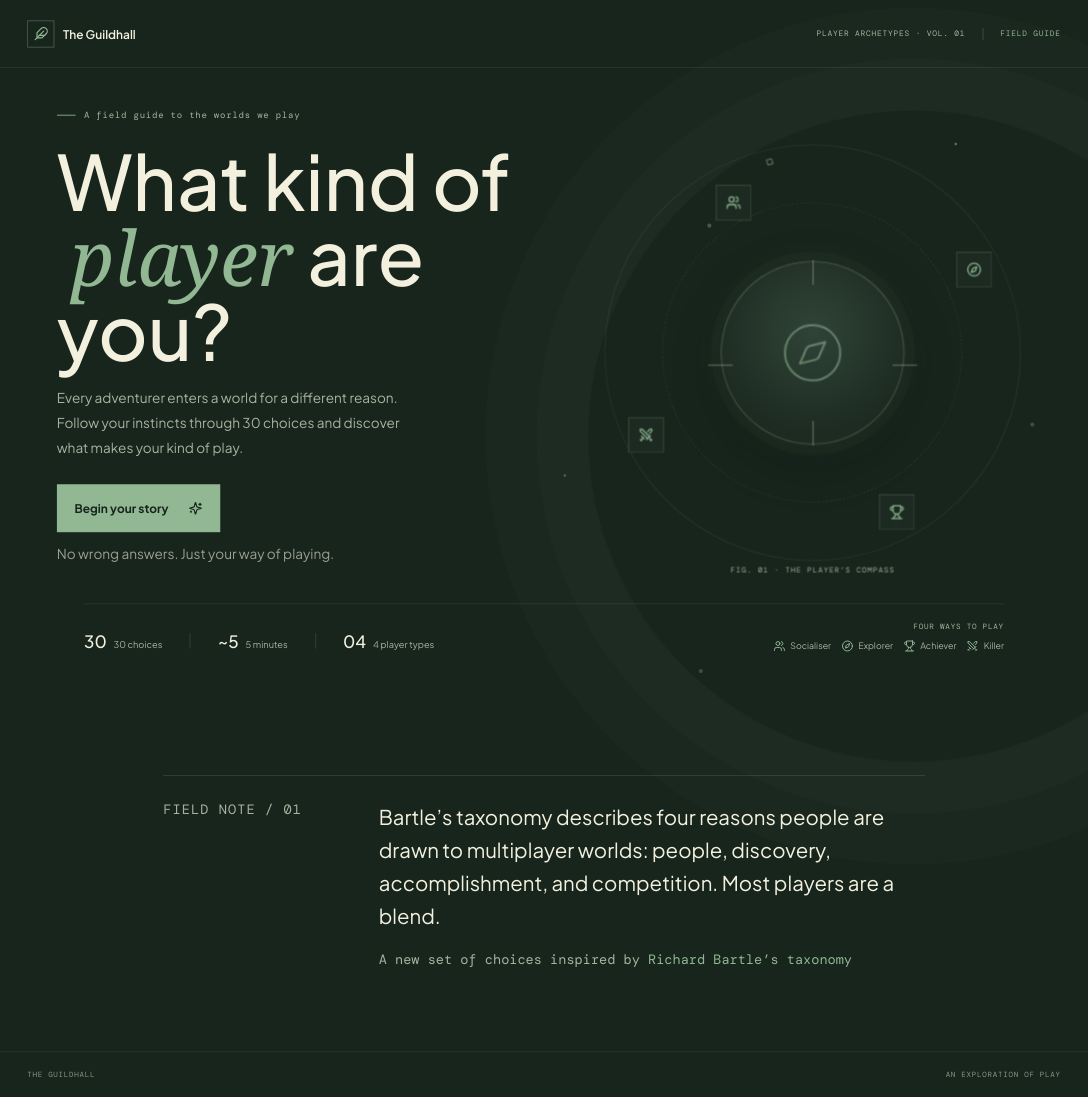
Repository: tiagoturra/bartle
Page: /
An editor plug-in stored every save of this project. The page is shown before and after the next save, followed by the edit.
The browser window is 1280 px wide. The pictures show the whole page, at 85% of full size.
The project was rebuilt for these pictures with package versions that can differ from the ones it lists, and the page was loaded fresh each time. Also part of the build but not shown: vite.config.ts, src/modules/bartle/components/QuestionCard.module.scss, src/modules/bartle/components/QuestionCard.tsx, src/modules/bartle/components/ResultsPanel.module.scss, src/modules/bartle/components/ResultsPanel.tsx.

Above is the page before, as saved 2026-10-30 22:20:32.

### index.html
<!doctype html>
<html lang="en">
  <head>
    <meta charset="UTF-8" />
    <meta name="viewport" content="width=device-width, initial-scale=1.0" />
    <meta name="theme-color" content="#17251d" />
    <meta
      name="description"
      content="Discover your player type in an atmospheric, story-led Bartle test."
    />
    <link rel="preconnect" href="https://fonts.googleapis.com" />
    <link rel="preconnect" href="https://fonts.gstatic.com" crossorigin />
    <link
      href="https://fonts.googleapis.com/css2?family=DM+Mono:wght@400;500&family=Plus+Jakarta+Sans:wght@400;500;600;700;800&display=swap"
      rel="stylesheet"
    />
    <title>The Guildhall — Bartle Player Type Test</title>
  </head>
  <body>
    <div id="root"></div>
    <script type="module" src="/src/main.tsx"></script>
  </body>
</html>

### src/main.tsx
import './i18n'
import { StrictMode } from 'react'
import { createRoot } from 'react-dom/client'
import { AppRoutes } from './routes'
import './index.css'

const rootElement = document.getElementById('root')

if (!rootElement) {
  throw new Error('The application root element was not found.')
}

createRoot(rootElement).render(
  <StrictMode>
    <AppRoutes />
  </StrictMode>,
)

### src/i18n/index.ts
import i18n from 'i18next'
import { initReactI18next } from 'react-i18next'
import enCommon from './locales/en-US/common.json'
import enBartle from './locales/en-US/bartle.json'
import enQuestions from './locales/en-US/questions.json'
import ptCommon from './locales/pt-BR/common.json'
import ptBartle from './locales/pt-BR/bartle.json'
import ptQuestions from './locales/pt-BR/questions.json'
import frCommon from './locales/fr-FR/common.json'
import frBartle from './locales/fr-FR/bartle.json'
import frQuestions from './locales/fr-FR/questions.json'
import deCommon from './locales/de-DE/common.json'
import deBartle from './locales/de-DE/bartle.json'
import deQuestions from './locales/de-DE/questions.json'

void i18n.use(initReactI18next).init({
  lng: 'en-US',
  fallbackLng: 'en-US',
  defaultNS: 'common',
  resources: {
    'en-US': {
      common: enCommon,
      bartle: enBartle,
      questions: enQuestions,
    },
    'pt-BR': {
      common: ptCommon,
      bartle: ptBartle,
      questions: ptQuestions,
    },
    'fr-FR': {
      common: frCommon,
      bartle: frBartle,
      questions: frQuestions,
    },
    'de-DE': {
      common: deCommon,
      bartle: deBartle,
      questions: deQuestions,
    },
  },
  interpolation: {
    escapeValue: false,
  },
})

i18n.on('languageChanged', (language) => {
  if (typeof document !== 'undefined') {
    document.documentElement.lang = language
  }
})

export default i18n

### src/routes/index.tsx
import { BrowserRouter, Navigate, Route, Routes } from 'react-router-dom'
import { BartlePage } from '../modules/bartle/pages/BartlePage'

export function AppRoutes() {
  return (
    <BrowserRouter>
      <Routes>
        <Route path="/" element={<BartlePage />} />
        <Route path="*" element={<Navigate to="/" replace />} />
      </Routes>
    </BrowserRouter>
  )
}

### src/index.css
@import "tailwindcss";

@theme {
  --color-forest: #17251d;
  --color-panel: #202f25;
  --color-cream: #f3f0de;
  --color-muted: #a9b29f;
  --color-accent: #91b793;
  --font-sans: "Plus Jakarta Sans", sans-serif;
  --font-mono: "DM Mono", monospace;
}

@layer base {
  :root {
    font-synthesis: none;
    text-rendering: optimizeLegibility;
    -webkit-font-smoothing: antialiased;
    -moz-osx-font-smoothing: grayscale;
    font-optical-sizing: auto;
  }

  html {
    min-width: 320px;
    scroll-behavior: smooth;
  }

  body {
    min-width: 320px;
    min-height: 100vh;
    margin: 0;
  }

  button,
  a {
    -webkit-tap-highlight-color: transparent;
  }

  ::selection {
    background: rgb(145 183 147 / 35%);
    color: #f3f0de;
  }
}

@media (prefers-reduced-motion: reduce) {
  *,
  *::before,
  *::after {
    scroll-behavior: auto !important;
    animation-duration: 0.01ms !important;
    animation-iteration-count: 1 !important;
    transition-duration: 0.01ms !important;
  }
}

### src/modules/bartle/pages/BartlePage.tsx
import { Compass, Feather, Sparkles, Swords, Trophy, Users } from 'lucide-react'
import { useEffect, useState } from 'react'
import { useTranslation } from 'react-i18next'
import {
  readSessionStorage,
  removeSessionStorage,
  writeSessionStorage,
} from '../../../core/browser/sessionStorage'
import { QuestionCard } from '../components/QuestionCard'
import { ResultsPanel } from '../components/ResultsPanel'
import testConfigJson from '../data/test.config.json'
import { calculateScores } from '../scoring'
import type { BartleTestConfig, PlayerTypeScore } from '../types'
import styles from './BartlePage.module.scss'

type TestPhase = 'intro' | 'test' | 'results'

const testConfig = testConfigJson as BartleTestConfig
const progressStorageKey = 'guildhall-bartle-progress'
const progressVersion = 1
const iconByType = {
  socialiser: Users,
  explorer: Compass,
  achiever: Trophy,
  killer: Swords,
}

interface SavedProgress {
  version: typeof progressVersion
  phase: 'test' | 'results'
  currentIndex: number
  answers: Record<string, string>
  advanceOnSelection: boolean
}

interface RestoredProgress {
  phase: TestPhase
  currentIndex: number
  answers: Record<string, string>
  advanceOnSelection: boolean
  scores: PlayerTypeScore[] | null
  storageError: boolean
}

function isValidSavedProgress(value: unknown): value is SavedProgress {
  if (!value || typeof value !== 'object') return false

  const progress = value as Partial<SavedProgress>
  if (
    progress.version !== progressVersion ||
    (progress.phase !== 'test' && progress.phase !== 'results') ||
    !Number.isInteger(progress.currentIndex) ||
    (progress.currentIndex ?? -1) < 0 ||
    (progress.currentIndex ?? testConfig.questions.length) >= testConfig.questions.length ||
    typeof progress.advanceOnSelection !== 'boolean' ||
    !progress.answers ||
    typeof progress.answers !== 'object' ||
    Array.isArray(progress.answers)
  ) {
    return false
  }

  const answers = progress.answers as Record<string, unknown>
  for (const [questionId, answerId] of Object.entries(answers)) {
    const question = testConfig.questions.find(({ id }) => id === questionId)
    if (
      !question ||
      typeof answerId !== 'string' ||
      !question.answers.some((answer) => answer.id === answerId)
    ) {
      return false
    }
  }

  const currentQuestion = testConfig.questions[progress.currentIndex!]
  if (
    progress.advanceOnSelection &&
    !currentQuestion.answers.some(
      ({ id }) => id === answers[currentQuestion.id],
    )
  ) {
    return false
  }

  if (progress.phase === 'results') {
    return (
      testConfig.questions.every((question) => answers[question.id]) &&
      !progress.advanceOnSelection
    )
  }

  return true
}

function restoreProgress(): RestoredProgress {
  const emptyProgress: RestoredProgress = {
    phase: 'intro',
    currentIndex: 0,
    answers: {},
    advanceOnSelection: false,
    scores: null,
    storageError: false,
  }
  const stored = readSessionStorage(progressStorageKey)

  if (!stored.ok) {
    console.error(stored.error)
    return { ...emptyProgress, storageError: true }
  }

  if (!stored.value) return emptyProgress

  try {
    const saved: unknown = JSON.parse(stored.value)
    if (!isValidSavedProgress(saved)) {
      return { ...emptyProgress, storageError: true }
    }

    return {
      phase: saved.phase,
      currentIndex: saved.currentIndex,
      answers: saved.answers,
      advanceOnSelection: saved.advanceOnSelection,
      scores:
        saved.phase === 'results'
          ? calculateScores(saved.answers, testConfig)
          : null,
      storageError: false,
    }
  } catch (error) {
    console.error('Unable to restore the saved Bartle test progress.', error)
    return { ...emptyProgress, storageError: true }
  }
}

export function BartlePage() {
  const { t } = useTranslation()
  const [restoredProgress] = useState(restoreProgress)
  const [phase, setPhase] = useState<TestPhase>(restoredProgress.phase)
  const [currentIndex, setCurrentIndex] = useState(restoredProgress.currentIndex)
  const [answers, setAnswers] = useState<Record<string, string>>(restoredProgress.answers)
  const [scores, setScores] = useState<PlayerTypeScore[] | null>(restoredProgress.scores)
  const [advanceOnSelection, setAdvanceOnSelection] = useState(
    restoredProgress.advanceOnSelection,
  )
  const [storageError, setStorageError] = useState(restoredProgress.storageError)
  const currentQuestion = testConfig.questions[currentIndex]

  function startTest() {
    setAnswers({})
    setCurrentIndex(0)
    setScores(null)
    setAdvanceOnSelection(false)
    setPhase('test')
  }

  function resetTest() {
    startTest()
  }

  useEffect(() => {
    if (phase === 'intro') {
      const result = removeSessionStorage(progressStorageKey)
      if (!result.ok) {
        console.error(result.error)
        setStorageError(true)
      }
      return
    }

    const progress: SavedProgress = {
      version: progressVersion,
      phase,
      currentIndex,
      answers,
      advanceOnSelection,
    }
    const result = writeSessionStorage(
      progressStorageKey,
      JSON.stringify(progress),
    )

    if (!result.ok) {
      console.error(result.error)
      setStorageError(true)
    } else {
      setStorageError(false)
    }
  }, [advanceOnSelection, answers, currentIndex, phase])

  useEffect(() => {
    if (phase !== 'test' || !advanceOnSelection) return

    const timeout = window.setTimeout(() => {
      if (currentIndex === testConfig.questions.length - 1) {
        setScores(calculateScores(answers, testConfig))
        setPhase('results')
      } else {
        setCurrentIndex((index) => index + 1)
      }

      setAdvanceOnSelection(false)
    }, 650)

    return () => window.clearTimeout(timeout)
  }, [advanceOnSelection, answers, currentIndex, phase])

  return (
    <main className={`relative min-h-dvh overflow-hidden bg-forest text-cream ${styles.pageBackdrop}`}>
      <div className="pointer-events-none absolute inset-0 z-0 overflow-hidden" aria-hidden="true">
        <span className={`absolute right-[-14%] top-[10%] aspect-square w-[min(60vw,780px)] rounded-full ${styles.ambientOrb}`} />
        <span className={styles.constellation} />
      </div>

      <header className="relative z-10 mx-auto flex min-h-16 w-full max-w-7xl items-center gap-3 border-b border-cream/10 px-4 md:min-h-20 md:gap-5 md:px-8">
        <a
          className="inline-flex cursor-pointer items-center gap-2.5 font-sans text-sm font-semibold text-cream focus-visible:outline-2 focus-visible:outline-offset-4 focus-visible:outline-accent"
          href="/"
          onClick={(event) => {
            event.preventDefault()
            setPhase('intro')
          }}
          aria-label={t('brand')}
        >
          <span className="grid size-8 place-items-center border border-accent/40 text-accent"><Feather size={17} /></span>
          <span>{t('brand')}</span>
        </a>
        <span className="ml-auto hidden font-mono text-[0.58rem] tracking-[0.1em] text-muted md:inline">{t('nav.edition')}</span>
        <span className="hidden h-3.5 w-px bg-cream/20 md:block" />
        <span className="ml-auto font-mono text-[0.53rem] tracking-[0.1em] text-accent md:ml-0 md:text-[0.58rem]">{t('nav.fieldGuide')}</span>
      </header>

      {storageError && (
        <p className="relative z-10 mx-auto my-3 w-[calc(100%-2rem)] max-w-7xl border border-[#e3a18d]/40 bg-[#e3a18d]/10 px-4 py-3 text-sm text-[#e3a18d]" role="alert">
          {t('test.storageError')}
        </p>
      )}

      <div className="relative z-10 mx-auto w-full max-w-7xl px-4 md:px-8">
        {phase === 'intro' && (
          <section className="grid min-h-[calc(100dvh-5rem)] grid-cols-1 items-center gap-4 py-14 md:grid-cols-[1.04fr_0.96fr] md:gap-0 md:py-12">
            <div className={`relative z-10 pb-0 md:pb-10 md:pl-[5.5%] ${styles.heroCopy}`}>
              <p className="mb-0 flex items-center gap-2.5 font-mono text-[0.66rem] tracking-[0.09em] text-muted">
                <span className="h-px w-[22px] bg-accent" />
                {t('intro.eyebrow')}
              </p>
              <h1 className="mb-5 mt-5 max-w-2xl font-sans text-5xl font-medium leading-[0.98] sm:text-6xl lg:mb-5 lg:mt-6 lg:text-7xl xl:text-8xl">
                {t('intro.titleStart')}
                <br />
                <span className="mx-4 font-serif font-normal italic text-accent">{t('intro.titleAccent')}</span>
                {t('intro.titleEnd')}
              </h1>
              <p className="m-0 max-w-[410px] leading-[1.85] text-muted">{t('intro.description')}</p>
              <button className="mt-7 inline-flex min-h-14 cursor-pointer items-center gap-6 border border-accent bg-accent px-5 text-sm font-bold text-forest transition duration-200 hover:-translate-y-0.5 hover:bg-[#a5c5a5] hover:shadow-lg focus-visible:outline-2 focus-visible:outline-offset-4 focus-visible:outline-cream" type="button" onClick={startTest}>
                {t('intro.begin')}
                <span aria-hidden="true"><Sparkles size={16} /></span>
              </button>
              <p className="mb-0 mt-3.5 text-s text-cream/60">{t('intro.footnote')}</p>
            </div>

            <div className={`relative mx-auto grid aspect-square w-[min(82vw,420px)] place-items-center justify-self-center md:w-full md:max-w-[570px] ${styles.heroArt}`} aria-hidden="true">
              <div className={`${styles.orbit} ${styles.orbitOuter}`} />
              <div className={`${styles.orbit} ${styles.orbitInner}`} />
              <div className={styles.artHalo} />
              <div className={styles.artCore}>
                <div className={styles.compassRose}>
                  <span className={styles.roseNorth} />
                  <span className={styles.roseSouth} />
                  <span className={styles.roseEast} />
                  <span className={styles.roseWest} />
                  <Compass size={78} strokeWidth={0.75} />
                </div>
              </div>
              <span className={`${styles.typeMark} ${styles.markSocial}`}><Users size={18} /></span>
              <span className={`${styles.typeMark} ${styles.markExplore}`}><Compass size={18} /></span>
              <span className={`${styles.typeMark} ${styles.markAchieve}`}><Trophy size={18} /></span>
              <span className={`${styles.typeMark} ${styles.markKiller}`}><Swords size={18} /></span>
              <span className="absolute bottom-[3%] font-mono text-[0.5rem] tracking-[0.12em] text-muted md:bottom-[4%] md:text-[0.56rem]">{t('intro.artCaption')}</span>
            </div>

            <div className="col-span-full mx-0 mt-2 grid grid-cols-1 items-end gap-6 border-t border-cream/10 pt-5 md:mx-[5.5%] md:grid-cols-[1fr_auto] md:gap-5">
              <div className="flex items-center justify-between gap-4 md:justify-start md:gap-8">
                <div className="flex flex-col items-start gap-0 md:flex-row md:items-baseline md:gap-2"><strong className="font-sans text-xl font-medium text-cream">30</strong><span className="text-[0.68rem] text-muted">{t('intro.stats.choices')}</span></div>
                <span className="h-[18px] w-px bg-cream/15" />
                <div className="flex flex-col items-start gap-0 md:flex-row md:items-baseline md:gap-2"><strong className="font-sans text-xl font-medium text-cream">~5</strong><span className="text-[0.68rem] text-muted">{t('intro.stats.time')}</span></div>
                <span className="h-[18px] w-px bg-cream/15" />
                <div className="flex flex-col items-start gap-0 md:flex-row md:items-baseline md:gap-2"><strong className="font-sans text-xl font-medium text-cream">04</strong><span className="text-[0.68rem] text-muted">{t('intro.stats.types')}</span></div>
              </div>
              <div className="flex flex-wrap items-center justify-start gap-x-3 gap-y-2 md:max-w-[330px] md:justify-end">
                <span className="w-full font-mono text-[0.56rem] tracking-[0.1em] text-muted md:text-right">{t('intro.typesLabel')}</span>
                {testConfig.categories.map(({ id }) => {
                  const Icon = iconByType[id]

                  return (
                    <span className="inline-flex items-center gap-1.5 text-[0.65rem] text-muted" key={id}>
                      <Icon className="text-accent" size={14} aria-hidden="true" />
                      {t(`types.${id}.name`)}
                    </span>
                  )
                })}
              </div>
              <a className="hidden cursor-pointer items-center gap-3 font-mono text-[0.55rem] tracking-[0.1em] text-muted no-underline max-md:inline-flex" href="#about">
                {t('intro.scroll')}
                <span className="h-px w-[34px] bg-accent" />
              </a>
            </div>
          </section>
        )}

        {phase === 'test' && currentQuestion && (
          <div className="flex min-h-[calc(100dvh-5rem)] items-center justify-center py-9 md:py-[70px]">
            <QuestionCard
              key={currentQuestion.id}
              question={currentQuestion}
              questionIndex={currentIndex}
              questionCount={testConfig.questions.length}
              selectedAnswer={answers[currentQuestion.id]}
              isAdvancing={advanceOnSelection}
              isFirst={currentIndex === 0}
              onReset={resetTest}
              onSelect={(answerId) => {
                setAnswers((previous) => ({
                  ...previous,
                  [currentQuestion.id]: answerId,
                }))
                setAdvanceOnSelection(true)
              }}
              onPrevious={() => {
                setAdvanceOnSelection(false)
                setCurrentIndex((index) => Math.max(0, index - 1))
              }}
            />
          </div>
        )}

        {phase === 'results' && scores && (
          <div className="flex min-h-[calc(100dvh-5rem)] items-center justify-center py-9 md:py-[70px]">
            <ResultsPanel scores={scores} onRestart={startTest} />
          </div>
        )}
      </div>

      {phase === 'intro' && (
        <section className="mx-auto my-12 grid w-[calc(100%-2rem)] max-w-4xl grid-cols-1 gap-4 border-t border-cream/15 pt-7 md:my-24 md:grid-cols-[minmax(100px,0.32fr)_1fr] md:gap-x-12 md:gap-y-5" id="about">
          <span className="font-mono tracking-[0.08em] text-muted">{t('about.index')}</span>
          <p className="m-0 max-w-2xl font-sans text-xl leading-relaxed text-cream md:text-2xl">{t('about.description')}</p>
          <span className="font-mono text-muted md:col-start-2">
            {t('about.source')}{' '}
            <a className="cursor-pointer text-accent underline-offset-4 hover:text-cream" href="http://mud.co.uk/richard/hcds.htm" target="_blank" rel="noreferrer">
              {t('about.sourceLink')}
            </a>
          </span>
        </section>
      )}

      <footer className="relative z-10 mx-auto flex w-full max-w-7xl justify-between border-t border-cream/10 px-4 py-5 font-mono text-[0.55rem] tracking-[0.1em] text-cream/55 md:px-8">
        <span>{t('footer.brand')}</span>
        <span>{t('footer.tagline')}</span>
      </footer>
    </main>
  )
}

### src/core/browser/sessionStorage.ts
export type SessionStorageResult =
  | { ok: true; value: string | null }
  | { ok: false; error: Error }

export type SessionStorageWriteResult =
  | { ok: true }
  | { ok: false; error: Error }

export function readSessionStorage(key: string): SessionStorageResult {
  if (typeof window === 'undefined') {
    return { ok: true, value: null }
  }

  try {
    return { ok: true, value: window.sessionStorage.getItem(key) }
  } catch (error) {
    return {
      ok: false,
      error: new Error('Unable to read session storage.', { cause: error }),
    }
  }
}

export function writeSessionStorage(
  key: string,
  value: string,
): SessionStorageWriteResult {
  if (typeof window === 'undefined') {
    return { ok: true }
  }

  try {
    window.sessionStorage.setItem(key, value)
    return { ok: true }
  } catch (error) {
    return {
      ok: false,
      error: new Error('Unable to save session storage.', { cause: error }),
    }
  }
}

export function removeSessionStorage(key: string): SessionStorageWriteResult {
  if (typeof window === 'undefined') {
    return { ok: true }
  }

  try {
    window.sessionStorage.removeItem(key)
    return { ok: true }
  } catch (error) {
    return {
      ok: false,
      error: new Error('Unable to clear session storage.', { cause: error }),
    }
  }
}

### src/modules/bartle/scoring.ts
import type {
  BartleTestConfig,
  PlayerTypeId,
  PlayerTypeScore,
} from './types'

export function calculateScores(
  answers: Record<string, string>,
  config: BartleTestConfig,
): PlayerTypeScore[] {
  const points = Object.fromEntries(
    config.categories.map(({ id }) => [id, 0]),
  ) as Record<PlayerTypeId, number>

  for (const question of config.questions) {
    const answerId = answers[question.id]
    const answer = question.answers.find(({ id }) => id === answerId)

    if (!answer) {
      throw new Error(`A valid answer is required for question "${question.id}".`)
    }

    for (const [category, score] of Object.entries(answer.scores)) {
      if (!(category in points) || typeof score !== 'number' || score < 0) {
        throw new Error(`Invalid scoring rule on question "${question.id}".`)
      }

      points[category as PlayerTypeId] += score
    }
  }

  const totalPoints = Object.values(points).reduce((sum, score) => sum + score, 0)

  if (totalPoints === 0) {
    throw new Error('The test configuration must award at least one point.')
  }

  return config.categories
    .map(({ id }) => ({
      id,
      points: points[id],
      percentage: (points[id] / totalPoints) * 100,
    }))
    .sort((first, second) => second.points - first.points)
}

Loaded but not shown: src/modules/bartle/data/test.config.json (271 lines, source omitted); src/i18n/locales/de-DE/questions.json (32 lines, source omitted); src/i18n/locales/en-US/questions.json (212 lines, source omitted); src/i18n/locales/fr-FR/questions.json (32 lines, source omitted); src/i18n/locales/pt-BR/questions.json (32 lines, source omitted); src/i18n/locales/fr-FR/common.json (86 lines, source omitted); src/i18n/locales/de-DE/common.json (86 lines, source omitted); src/i18n/locales/pt-BR/common.json (86 lines, source omitted); src/i18n/locales/en-US/common.json (86 lines, source omitted); src/i18n/locales/pt-BR/bartle.json (6 lines, source omitted); src/i18n/locales/fr-FR/bartle.json (6 lines, source omitted); src/i18n/locales/de-DE/bartle.json (6 lines, source omitted); src/i18n/locales/en-US/bartle.json (6 lines, source omitted); src/modules/bartle/pages/BartlePage.module.scss (729 lines, source omitted)

After the next save:
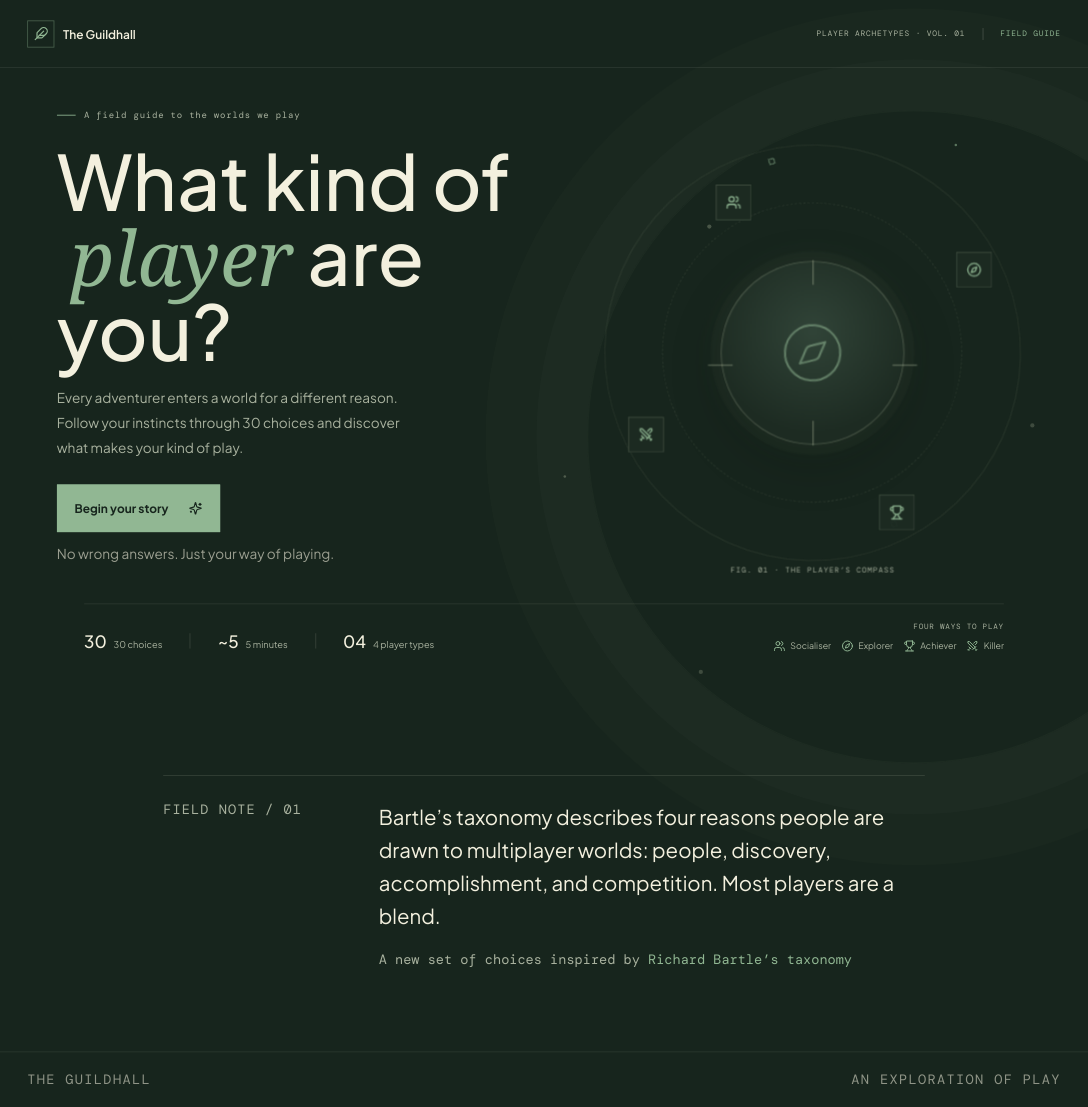
Saved 22 s later.
--- a/src/modules/bartle/pages/BartlePage.tsx
+++ b/src/modules/bartle/pages/BartlePage.tsx
@@ -353,7 +353,7 @@ export function BartlePage() {
         </section>
       )}
 
-      <footer className="relative z-10 mx-auto flex w-full max-w-7xl justify-between border-t border-cream/10 px-4 py-5 font-mono text-[0.55rem] tracking-[0.1em] text-cream/55 md:px-8">
+      <footer className="relative z-10 mx-auto flex w-full max-w-7xl justify-between border-t border-cream/10 px-4 py-5 font-mono tracking-[0.1em] text-cream/55 md:px-8">
         <span>{t('footer.brand')}</span>
         <span>{t('footer.tagline')}</span>
       </footer>
